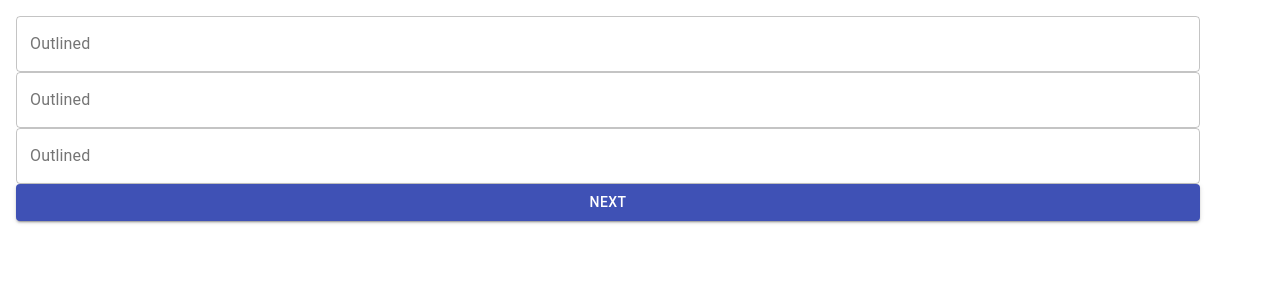
Repository: chathuraedirisingh/rr
Page: /
An editor plug-in stored every save of this project. The page is shown before and after the next save, followed by the edit.
The browser window is 1280 px wide. The pictures show the whole page.
The project was rebuilt for these pictures with package versions that can differ from the ones it lists, and the page was loaded fresh each time.

Above is the page before, as saved 2019-12-17 23:15:09.

### src/App.js
import React, { Component } from 'react'
import UserForm from './components/UserForm'

export default class App extends Component {
  render() {
    return (
      <UserForm />
    )
  }
}

### src/components/UserForm.js
import React, { Component } from 'react'
import FormPersonalDetails from './FormPersonalDetails';

export default class UserForm extends Component {
    state = {
        step: 1,
        firstname: "",
        middlename: "",
        lastname: "",
        birthday: {},
        ssn: "",
        email: "",
        phone: "",
        address: "",
        city: "",
        state: "",
        zip: "",
        employed: "",
        employer_name: "",
        job_title: "",
        emp_phone: "",
        income: "",
        start_date: "",
        income_ext: ""
    };

    nextStep = () => {
        const { step } = this.state;
        this.setState({
            step: step + 1
        });
    };

    prevStep = () => {
        const { step } = this.state;
        this.setState({
            step: step + 1
        });
    };

    handleChange = input => e => {
        this.setState({
            [input]: e.target.value
        });
    };

    render() {
        const { step } = this.state;
        const {
            firstname,
            middlename,
            lastname,
            birthday,
            ssn,

            email,
            phone,
            address,
            city,
            state,
            zip,

            employed,
            employer_name,
            job_title,
            emp_phone,
            income,
            start_date,
            income_ext
        } = this.state;

        const values = {
            firstname,
            middlename,
            lastname,
            birthday,
            ssn,
            email,
            phone,
            address,
            city,
            state,
            zip,
            employed,
            employer_name,
            job_title,
            emp_phone,
            income,
            start_date,
            income_ext
        };

        switch (step) {
            case 1:
                return (
                    <FormPersonalDetails
                        nextStep={this.nextStep}
                        handleChange={this.handleChange}
                        values={values}
                    />
                )
        }

        return (
            <div>

            </div>
        )
    }
}

### src/components/FormPersonalDetails.js
import React, { Component } from 'react'
import { makeStyles, ThemeProvider } from '@material-ui/core/styles';
import TextField from '@material-ui/core/TextField';
import { Box, Button } from '@material-ui/core';

export default class FormPersonalDetails extends Component {
    continue = e => {
        e.preventDefault();
        this.props.nextStep();
    };
    render() {
        const { values, handleChange } = this.props;
        return (
            <ThemeProvider>
                <React.Fragment>
                    <div style={{ width: '95%' }}>
                        <Box display="flex"
                            flexDirection="column"
                            p={1} m={1}
                            bgcolor="background.paper">
                            <TextField
                                id="outlined-basic"
                                label="Outlined"
                                variant="outlined"
                                hintText="First Name"
                                floatingLabelText="First Name"
                                onChange={handleChange('firstname')}
                                defaultValue={values.firstname} />
                            <TextField
                                id="outlined-basic"
                                label="Outlined"
                                variant="outlined"
                                hintText="First Name"
                                floatingLabelText="First Name"
                                onChange={handleChange('firstname')}
                                defaultValue={values.firstname} />
                            <TextField
                                id="outlined-basic"
                                label="Outlined"
                                variant="outlined"
                                hintText="First Name"
                                floatingLabelText="First Name"
                                onChange={handleChange('firstname')}
                                defaultValue={values.firstname} />
                            <Button
                                variant="contained"
                                color="primary"
                                href="#contained-buttons"
                                onClick={this.continue} >Next</Button>
                        </Box>

                    </div>
                </React.Fragment>
            </ThemeProvider>
        )
    }
}

Loaded but not shown: public/index.html (common file); src/index.js (common file); src/index.css (common file); src/serviceWorker.js (common file)

After the next save:
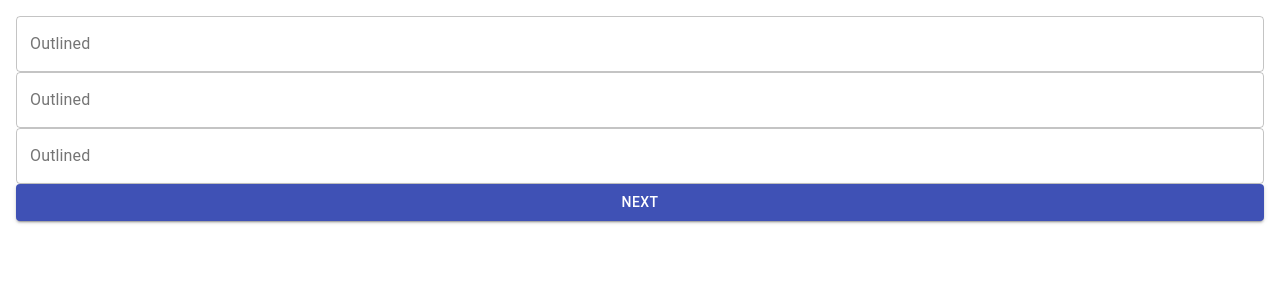
Saved 2 min 1 s later.
--- a/src/components/FormPersonalDetails.js
+++ b/src/components/FormPersonalDetails.js
@@ -13,7 +13,7 @@ export default class FormPersonalDetails extends Component {
         return (
             <ThemeProvider>
                 <React.Fragment>
-                    <div style={{ width: '95%' }}>
+                    <div style={{ width: '100%' }}>
                         <Box display="flex"
                             flexDirection="column"
                             p={1} m={1}
